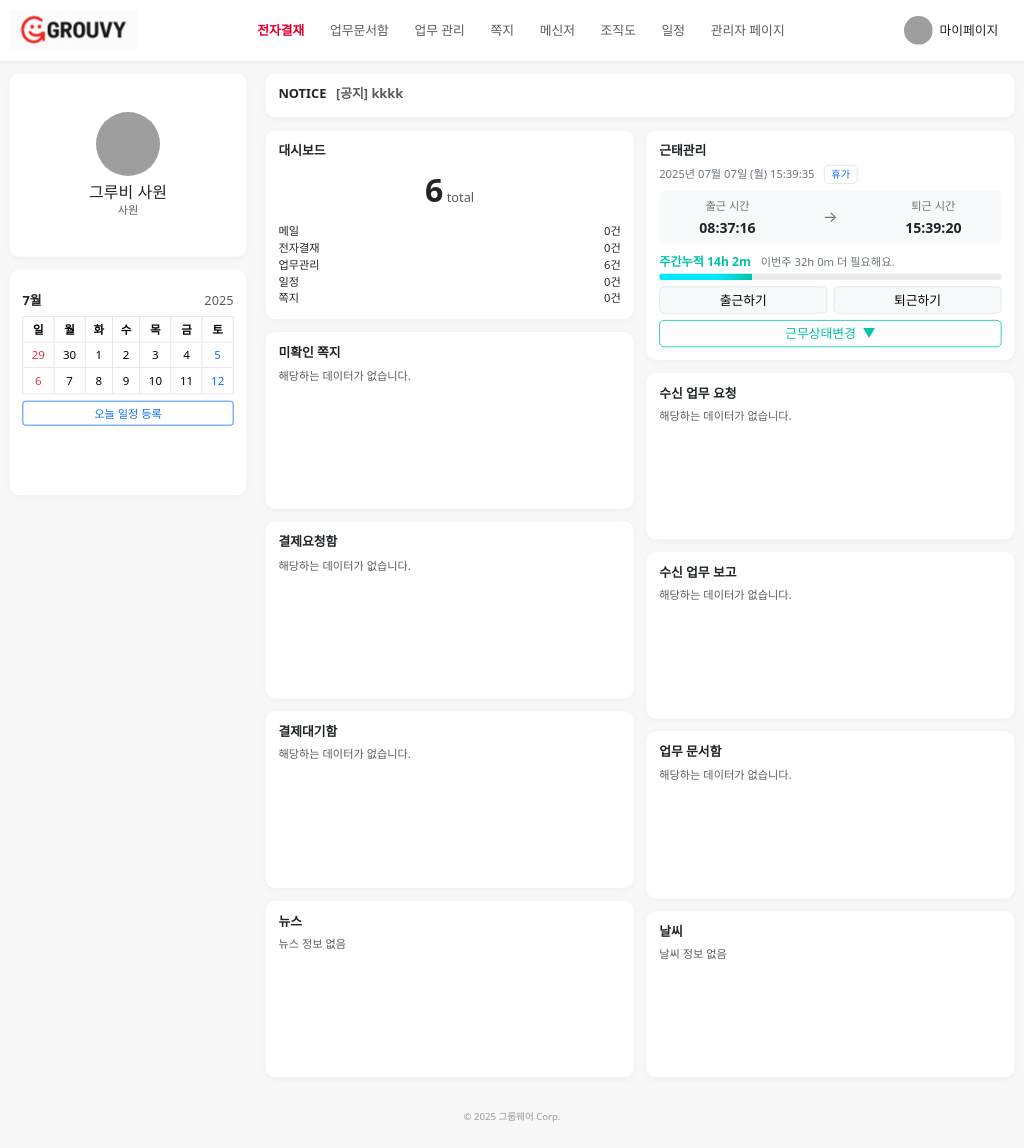
Repository: hyunbin7664/web-java-workspace
Page: groupware/src/main/webapp/index.html
The author's editor kept a copy of each file at every save. The page is drawn from the files as they stood at one save, then again after the next save.
The browser window is 1280 px wide. The pictures show the whole page, at 80% of full size.
Pictures or frames that could not be fetched are drawn as grey boxes.

Above is the page before, as saved 2025-07-08 02:32:54.

After the next save:
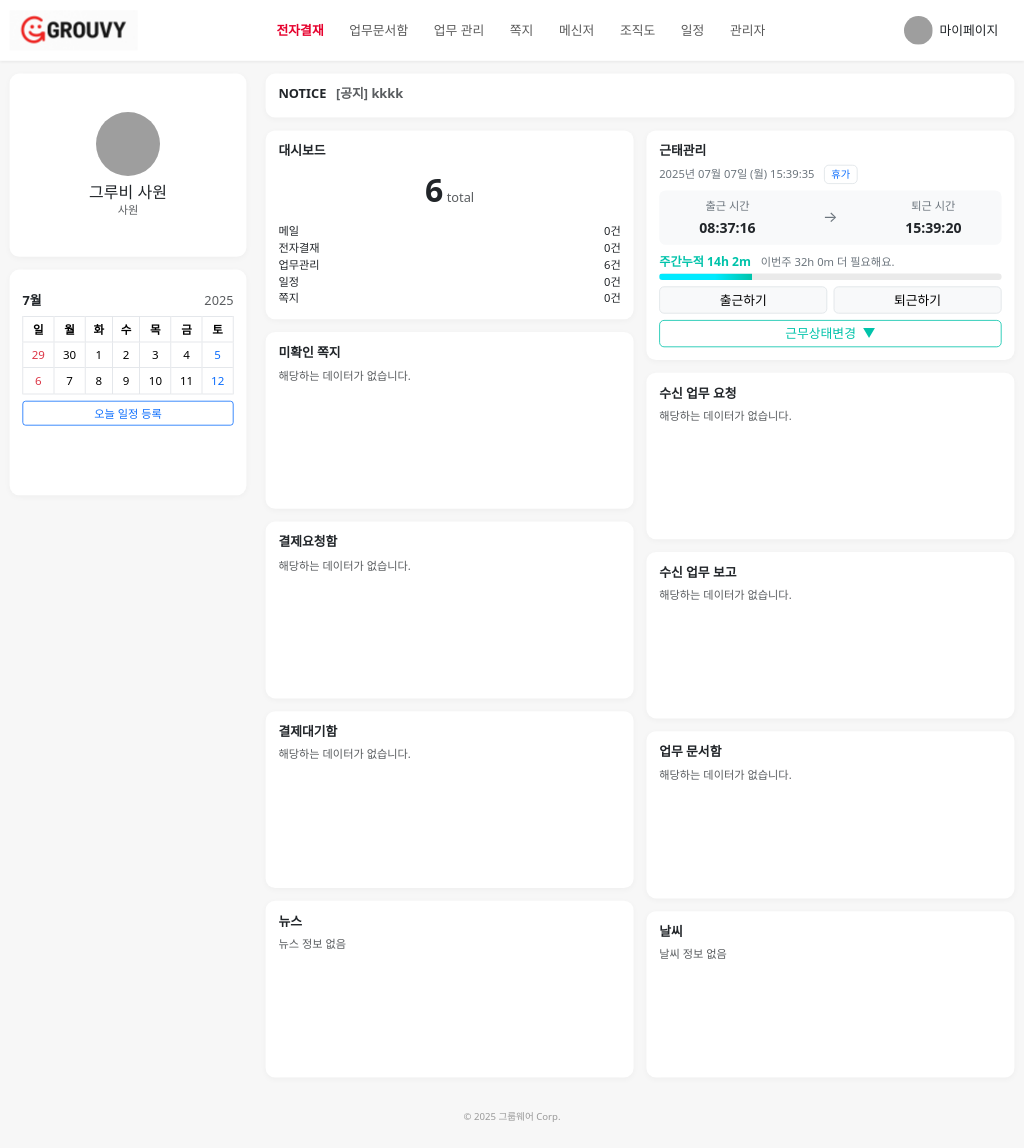
Saved 16 s later.
--- a/groupware/src/main/webapp/index.html
+++ b/groupware/src/main/webapp/index.html
@@ -150,7 +150,7 @@
 				<li class="nav-item"><a class="nav-link" href="#">메신저</a></li>
 				<li class="nav-item"><a class="nav-link" href="#">조직도</a></li>
 				<li class="nav-item"><a class="nav-link" href="#">일정</a></li>
-				<li class="nav-item"><a class="nav-link" href="admin_dashboard.html">관리자 페이지</a></li>
+				<li class="nav-item"><a class="nav-link" href="admin_dashboard.html">관리자</a></li>
 			</ul>
 			<div class="d-flex align-items-center">
 				<a href="mypage.html" >
